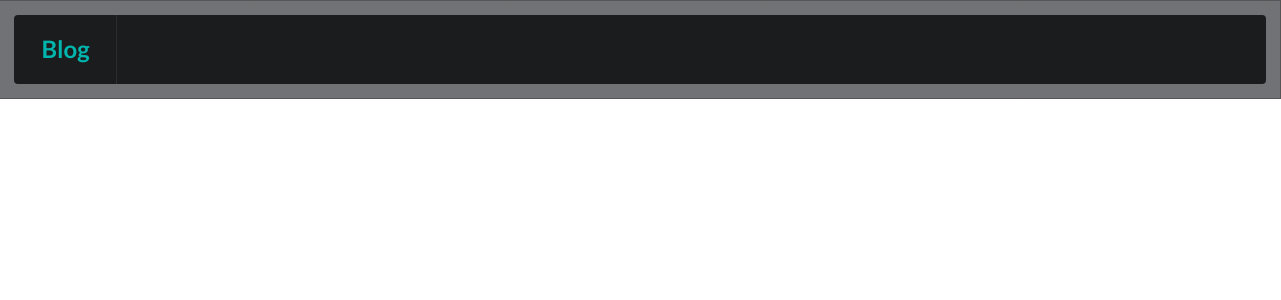
Repository: GOGOHQ/myblog
Page: index.html
The author's editor kept a copy of each file at every save. The page is drawn from the files as they stood at one save, then again after the next save.
The browser window is 1280 px wide. The page is 1281 px wide, so the pictures cover 1281 px, including what lies to the right of the window. The pictures show the whole page.
Some web libraries are served in a nearby version.

Above is the page before, as saved 2020-01-16 14:43:15.

### index.html
<!DOCTYPE html>
<html lang="en">

<head>
    <meta charset="UTF-8">
    <meta name="viewport" content="width=device-width, inital-scale=1.0">
    <title>首页</title>
    <link rel="stylesheet" href="https://cdn.jsdelivr.net/semantic-ui/2.2.4/semantic.min.css">
    <script src="https://cdn.jsdelivr.net/npm/jquery@3.2/dist/jqurey.min.js"></script>
    <script src="https://cdn.jsdelivr.net/semantic-ui/2.2.4/semantic.min.js"></script>
</head>

<body>
<!-- 导航 -->
<nav class="ui inverted secondary attached  segment ">
    <div class="ui inverted menu">
        <h2 class="ui teal header item">Blog</h2>
    </div>
</nav>
<!-- 内容 -->
<div>

</div>
<!-- 底部 -->
<footer>

</footer>
</body>


</html>

After the next save:
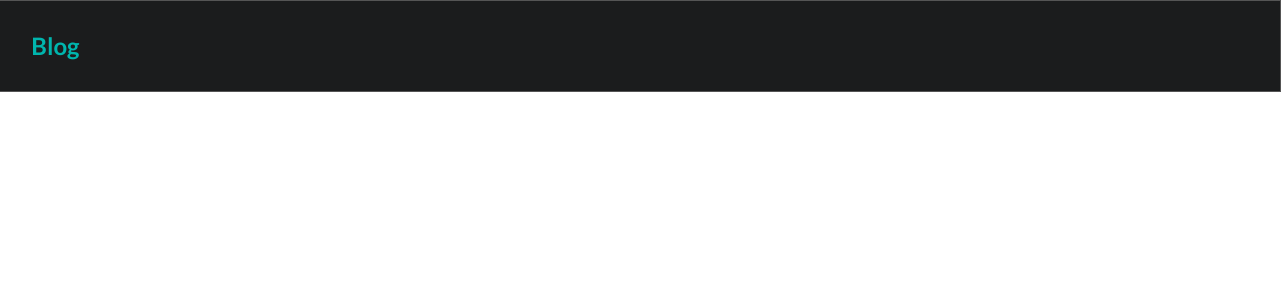
Saved 11 s later.
--- a/index.html
+++ b/index.html
@@ -12,8 +12,8 @@
 
 <body>
 <!-- 导航 -->
-<nav class="ui inverted secondary attached  segment ">
-    <div class="ui inverted menu">
+<nav class="ui inverted  attached  segment ">
+    <div class="ui secondary inverted menu">
         <h2 class="ui teal header item">Blog</h2>
     </div>
 </nav>
